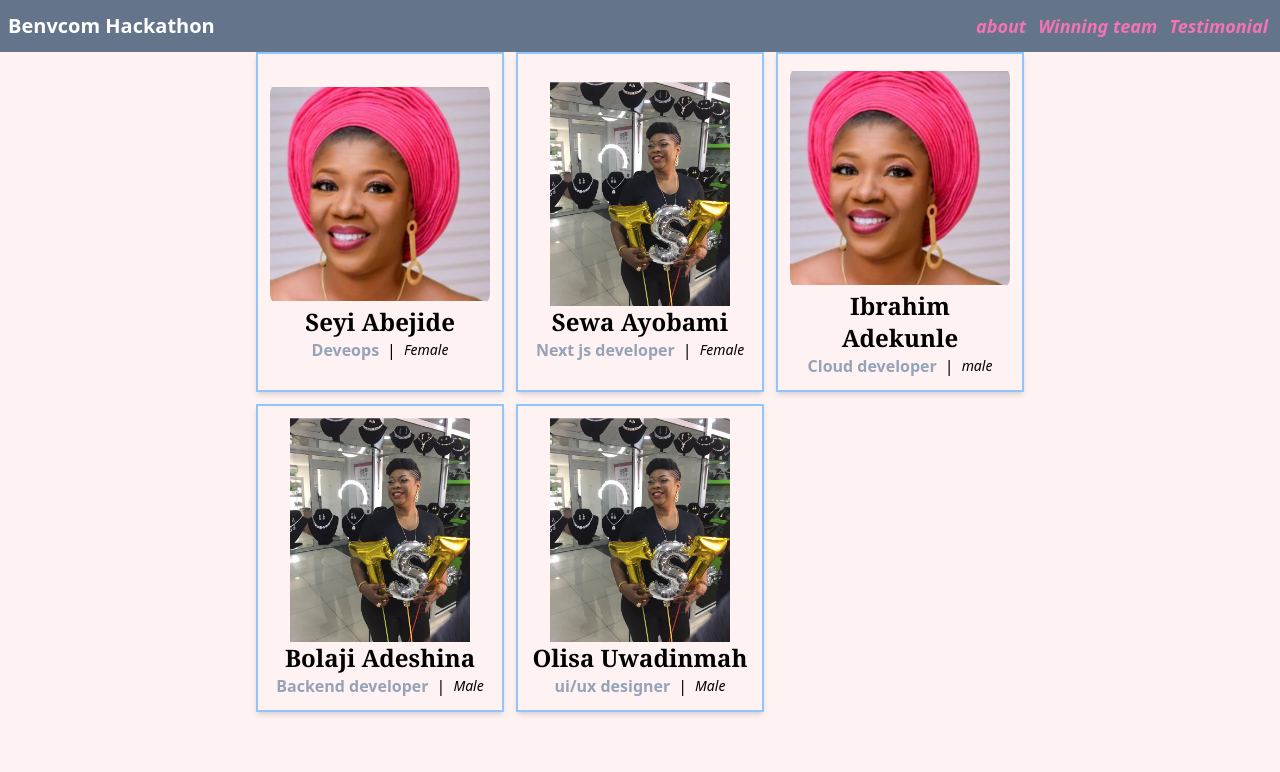
Repository: Semanmernstack/Bincom
Page: /
The author's editor kept a copy of each file at every save. The page is drawn from the files as they stood at one save, then again after the next save.
The browser window is 1280 px wide. The pictures show the whole page.
The project was rebuilt for these pictures with package versions that can differ from the ones it lists, and the page was loaded fresh each time. The framework's server and built-in components were replaced by stand-ins that run in the browser. Also part of the build but not shown: next.config.mjs.

Above is the page before, as saved 2024-01-25 09:44:35.

### app/layout.tsx
import type { Metadata } from "next";
import { Inter } from "next/font/google";
import "./globals.css";
import Nav from "./components/Nav";

const inter = Inter({ subsets: ["latin"] });

export const metadata: Metadata = {
  title: "Create Next App",
  description: "Generated by create next app",
};

export default function RootLayout({
  children,
}: Readonly<{
  children: React.ReactNode;
}>) {
  return (
    <html lang="en">
      <body className=" ">
        <Nav/>
        {children}
      </body>
    </html>
  );
}

### app/page.tsx
import Hacthon from "./components/Hacthon";




export default function Home() {
  return (
    <main className="bg-red-50 min-h-screen">
      <Hacthon/>
    </main>

  );
}

### app/components/Nav.tsx
"use client"
import Link from 'next/link'
import { usePathname } from 'next/navigation'
import React from 'react'
const Linkk = [
    {
        href: "/about",
        title: "about"
    },
    {
        href: "/winner",
        title: "Winning team"
    },
    {
        href: "/testimony",
        title: "Testimonial",
    },
]

function Nav() {
    const pathname = usePathname()
  return (
    <div className=' flex items-center justify-between   bg-slate-500 p-2 shadow-lg'>
        <div>
            <h1 className='text-xl text-white font-extrabold'> Benvcom Hackathon  </h1>
        </div>
        <div className='flex gap-1 text-red-300 '>
            {Linkk.map((d, i) => (
            <div className='' key={i}>
                {pathname === d.href ? (
                <Link href={d.href} className='text-xs sm:text-lg text-pink-800 font-bold animate-pulse'>
                    {d.title}
                </Link>


                ):(
                    <Link href= {d.href }
                    className="flex p-1   gap-3 italic sm:font-semibold hover:border rounded-lg text-pink-400   dark:text-white text-xs sm:text-lg font-bold transition duration-100  "
                    >
                        {d.title}
                    </Link>

                )}
            </div>

        ))}

        </div>





</div>
  )
}

export default Nav

### app/components/Hacthon.tsx
import React from 'react'
import slidefour from "../public/slidefour.png"


import slidethree from "../public/slidethree.png"
import SetUp from "../components/SetUp";


const data = [
  {
    id: "1",
    title: "Seyi Abejide",
    image:"slidefour.png",
    role: "Deveops",
    gender: "Female",

  },
  {
    id: "2",
    title: "Sewa Ayobami",
    image: "slidethree.png",
    role: "Next js developer",
    gender: "Female"

  },
  {
    id: "3",
    title: "Ibrahim Adekunle",
    image:"slidefour.png",
    role: "Cloud developer",
    gender: "male",

  },
  {
    id: "4",
    title: "Bolaji Adeshina",
    image: "slidethree.png",
    role: "Backend developer",
    gender: "Male",

  },
  {
    id: "5",
    title: "Olisa Uwadinmah",
    image: "slidethree.png",
    role: "ui/ux designer",
    gender: "Male",

  },


];

function Hacthon() {
  return (
    <main className=" flex flex-col max-w-3xl mx-auto ">
      <div className="grid grid-cols-1 sm:grid-cols-2 md:grid-cols-3 gap-3">
          {data.map((p, index)=> (
              <div className=" border-2 border-blue-300 shadow-md items-center justify-center flex" key={index}>
                <SetUp
                  id={p.id}
                  title={p.title}
                  image={p.image}
                  role={p.role}
                  gender= {p.gender}
                />
              </div>

          ))}


      </div>



    </main>
  )
}

export default Hacthon

### app/components/SetUp.tsx
import React from 'react'
interface B {
    id: string
    title: string
    image: string
    role: string
    gender: string
}


function SetUp({id, title, image, role, gender}:B) {
  return (
    <div className=' p-3 '>
      <img src={image} alt="image" className='h-56 w-56 rounded-xl  object-contain' />
      <div className='flex flex-col items-center justify-between'>
        <h1 className='font-bold text-center font-serif textt-xl md:text-2xl'>{title}</h1>
        <div className='flex items-center justify-between gap-2'>
          <h2 className='font-bold text-slate-400 '>{role}</h2>
          <h2>|</h2>
          <h2 className='text-xs sm:text-sm italic'>{gender}</h2>
        </div>

        <div>

        </div>

      </div>

    </div>
  )
}

export default SetUp

Loaded but not shown: app/globals.css (common file); tailwind.config.ts (common file)

After the next save:
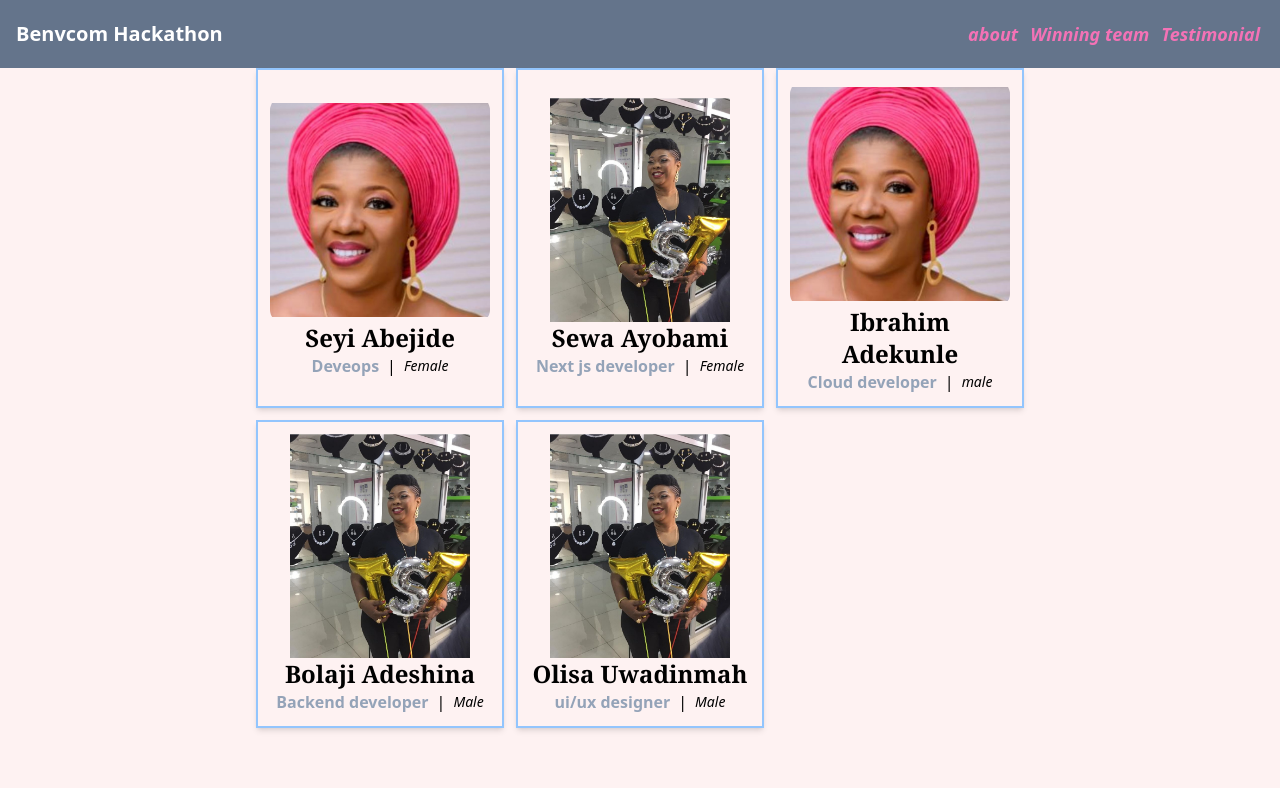
Saved 28 s later.
--- a/app/components/Nav.tsx
+++ b/app/components/Nav.tsx
@@ -20,7 +20,7 @@ const Linkk = [
 function Nav() {
     const pathname = usePathname()
   return (
-    <div className=' flex items-center justify-between   bg-slate-500 p-2 shadow-lg'>
+    <div className=' flex items-center justify-between   bg-slate-500 p-4 shadow-lg'>
         <div>
             <h1 className='text-xl text-white font-extrabold'> Benvcom Hackathon  </h1>
         </div>
